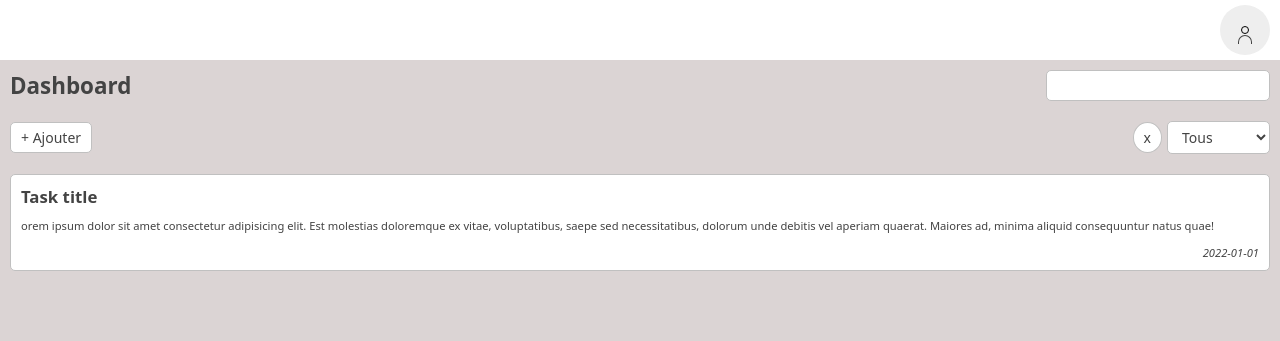
Repository: zpaulange/task_manager
Page: dashboard/index.html
These files come from the project's save history. The page is drawn as it stood at one moment and after the next save; the edit follows.
The browser window is 1280 px wide. The pictures show the whole page.

Above is the page before, as saved 2025-03-06 15:24:11.

After the next save:
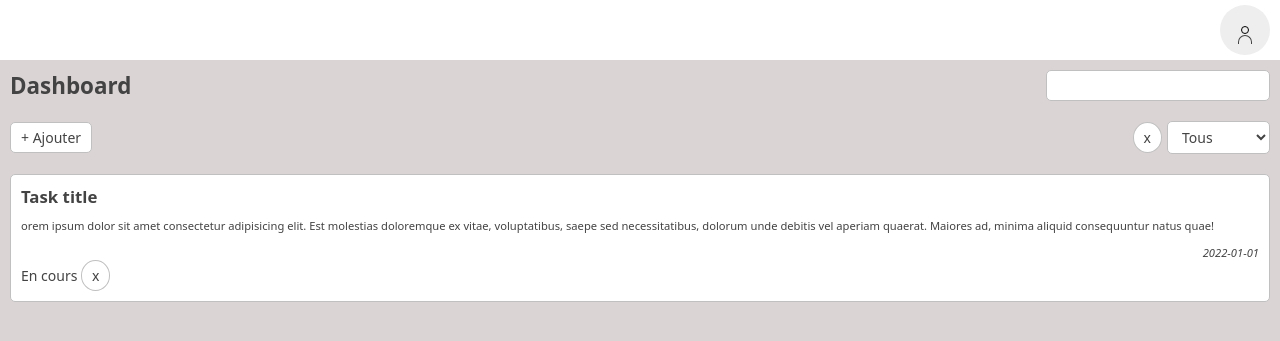
Saved 4 s later.
--- a/dashboard/index.html
+++ b/dashboard/index.html
@@ -46,7 +46,10 @@
                 2022-01-01
               </div>
               <div class="main-task__content-item__actions">
-                <stat
+                <status class="main-task__content-item__actions_status">
+                  En cours
+                </status>
+                <button class="main-task__content-item__actions_del rounded-btn del">x</button>
             </div>
             <!-- <section class="box box-center">
               <h1>Aucune tache disponible...</h1>
